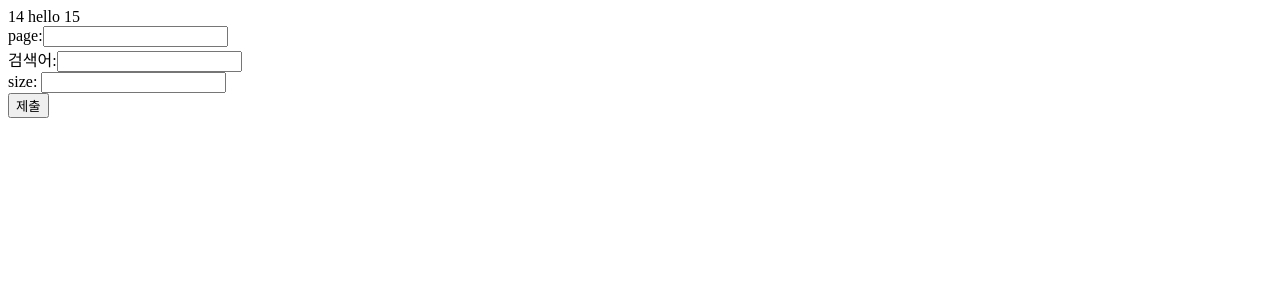
Repository: 12hongkildong/ttest
Page: http://localhost/webPrj/input?p=14&q=hello&s=15
An editor plug-in stored every save of this project. The page is shown before and after the next save, followed by the edit.
The browser window is 1280 px wide. The pictures show the whole page.
The page is served by Tomcat 10. Other server files are loaded and not shown.

Above is the page before, as saved 2023-02-17 08:07:01.

### workspace/webPrj/src/main/java/com/newlecture/web/InputController.java
package com.newlecture.web;

import java.io.IOException;
import java.io.PrintWriter;

import jakarta.servlet.ServletException;
import jakarta.servlet.annotation.WebFilter;
import jakarta.servlet.annotation.WebServlet;
import jakarta.servlet.http.HttpServlet;
import jakarta.servlet.http.HttpServletRequest;
import jakarta.servlet.http.HttpServletResponse;

@WebServlet("/input")
public class InputController extends HttpServlet{

	@Override
	protected void service(HttpServletRequest request, HttpServletResponse response) throws ServletException, IOException {
//		1. 쿼리 스트림을 이용한 입력znjfl tmxmfladmf dldydgks dlqfur
//			QueryString이란? 데이터 제공하는 방법, 그대신 우리 비밀번호 같은 게 보이게 된다?
//		예: 페이지, 검색어, 레코드 개수, 날짜 범위, 기간...
//		그럼 위의 옵션은 누가 결정하냐? -> 서버
//		그럼 어떤 식으로 서버가 그 값을 받도록 할 것인가?

//		int page = request.getParameter("p");
//		전달한 내용은 무조건 문자열로 오기에 int로 받으니 오류가 나는 것 integer형으로 바꾸나?
//		입력 값은 무조건 문자열이므로 바로 int로 사용할 수 없다.
		response.setContentType("text/html; charset=UTF-8");


		String page = request.getParameter("p");
		String q = request.getParameter("q");

		String s = request.getParameter("s");
		// dlqfur rkqtdmf wjsekfgksms tkdydwksms zldnjemfh ㅔfmf tkdydgkehfhr rufwjdgks ruddn ekdmacjfja rkqtdmf qkedmf tn dlTEk.

//		그럼 요청하는 방법은?
//		input?=1
		PrintWriter out = response.getWriter();
//		http://localhost:8080/input?p=3&q=hello&s=15


		out.println(page);
		out.println(q);
		out.println(s);

		// dnldml znjfltmxmfladptj 냨ㄷfmf dlqfur qkerl dnlgks zldnjemfmf dho rnedl ㄴfh gotSkdy? -> rmsid 냐
		// 위의 쿼리스트림에서 size를 입력 받기 위한 키워드를 왜 굳이 ㄴfh goTSkdy? rmsid 냨ㄷfh gkwl?
		// 웹의 주소는 원래 1000자 내외의 길이제한이 있다 값을 줄일 수 는 없으니 키워드라도 줄여보자고 했던 것
//		과거 플랫폼과의 호환성 때문이다.
//		여담이지만 최근엔 제한이 없다는 말도 있습니다.



//		2. form을 이용한 입력
//		사실 쿼리 스트릠은 사용자가 전달하는 값이라기 보다 페이지를 제공하는 쪽에서 정해진 값을 선택하게 하는 방식이다.
//		예를 들어 쿼리스트림은 사용자가 url창을 직접 편집하는 것이 아니라 다음처럼 링크에 잇는 경우가 일반적이다
//		<a href="/input?p=2&q=hello&s=15">2</a>
//		<a href="/input?p=3&q=hello&s=15">1</a>
//		d위와 같이 이미 정해진 값 중 하나의 링크를 선택함으로 입력을 요청하게 된다.
//		반면 사용자가 값을 직접 입력하게 하고 싶다면 어떻게 할까? 그때는 form을 제공함으로 입력을 하게 한다.



		out.write("<form action=\"/input\">");
		out.write("<label>page:</label>");
			out.write("<input type=\"text\" name=\"p\"><br>");
			out.write("<label>검색어:</label>");
			out.write("<input type=\"text\" name=\"q\"><br>");
			out.write("<label>size:</label>");
			out.write("	<input type=\"text\" name=\"s\"><br>");
			out.write("<input type=\"submit\" value=\"제출\">");
		out.write("</form>");


//		out.write("<form action=\"/input\">");
//			out.write(" <label>page:</label>");
//			out.write(" <input type=\"text\" name=\"p\">");
//			out.write(" <label>:</label>");
//			out.write(" <input type=\"text\" name=\"q\">");
//			out.write(" <label>size:</label>");
//			out.write(" <input type=\"text\" name=\"size\">");
//		out.write("</form>");



//		3. 쿠키 입력



//		4. header 입력



//		5. hidden 필드 입력

	}



}

After the next save:
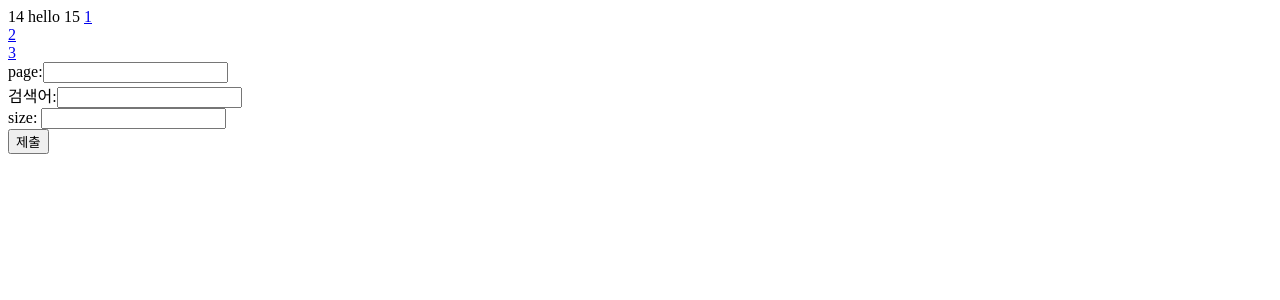
Saved 92 s later.
--- a/workspace/webPrj/src/main/java/com/newlecture/web/InputController.java
+++ b/workspace/webPrj/src/main/java/com/newlecture/web/InputController.java
@@ -60,6 +60,10 @@ public class InputController extends HttpServlet{
 //		반면 사용자가 값을 직접 입력하게 하고 싶다면 어떻게 할까? 그때는 form을 제공함으로 입력을 하게 한다.
 
 
+		out.write("<a href=\"/input?p=14&q=hello&s=15\">1</a><br>");
+		out.write("<a href=\"/input?p=17&q=hello&s=19\">2</a><br>");
+		out.write("<a href=\"/input?p=18&q=hello&s=20\">3</a><br>");
+
 
 		out.write("<form action=\"/input\">");
 		out.write("<label>page:</label>");
